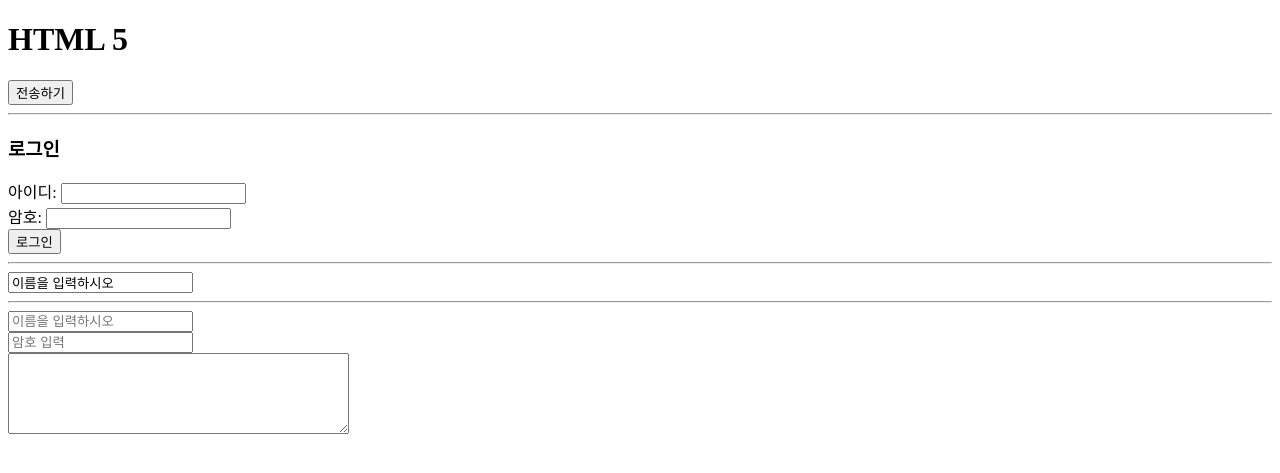
Repository: seula123/Front-End
Page: ClientTest/src/main/webapp/html/ex19.html
These files come from the project's save history. The page is drawn as it stood at one moment and after the next save; the edit follows.
The browser window is 1280 px wide. The pictures show the whole page.

Above is the page before, as saved 2023-09-21 08:13:27.

After the next save:
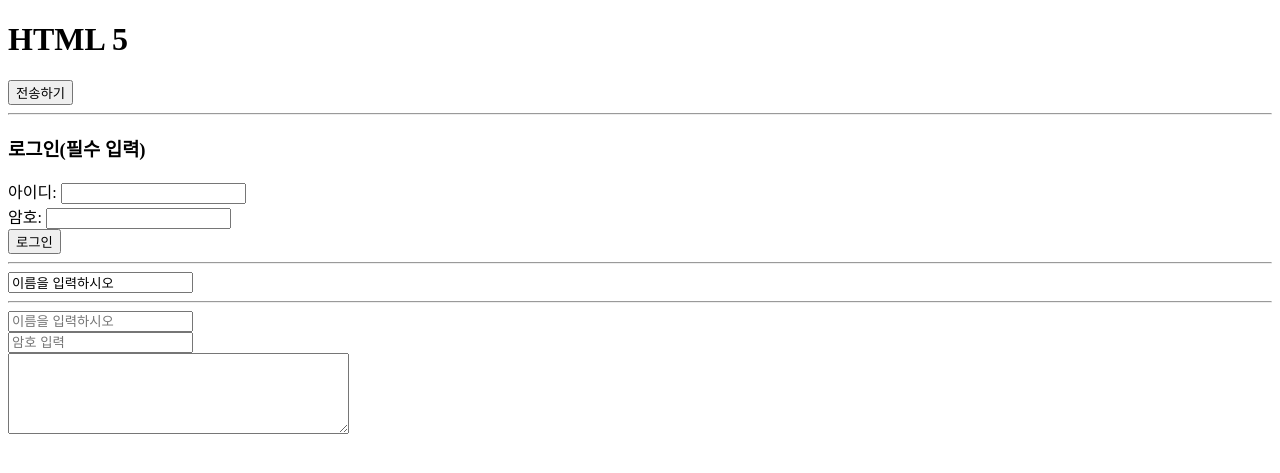
Saved 85 s later.
--- a/ClientTest/src/main/webapp/html/ex19.html
+++ b/ClientTest/src/main/webapp/html/ex19.html
@@ -14,10 +14,12 @@
 		<input type = "submit" value="전송하기">
 		<hr>
 
-			<h3>로그인</h3>
-				아이디: <input type = "text"><br>
-				암호: <input type = "password"><br>
+			<h3>로그인(필수 입력)</h3>
+				아이디: <input type = "text" required><br>
+				암호: <input type = "password" required><br>
 				<input type = "submit" value = "로그인">
+
+
 
 		<hr>
 		<input type = "text" value="이름을 입력하시오"
